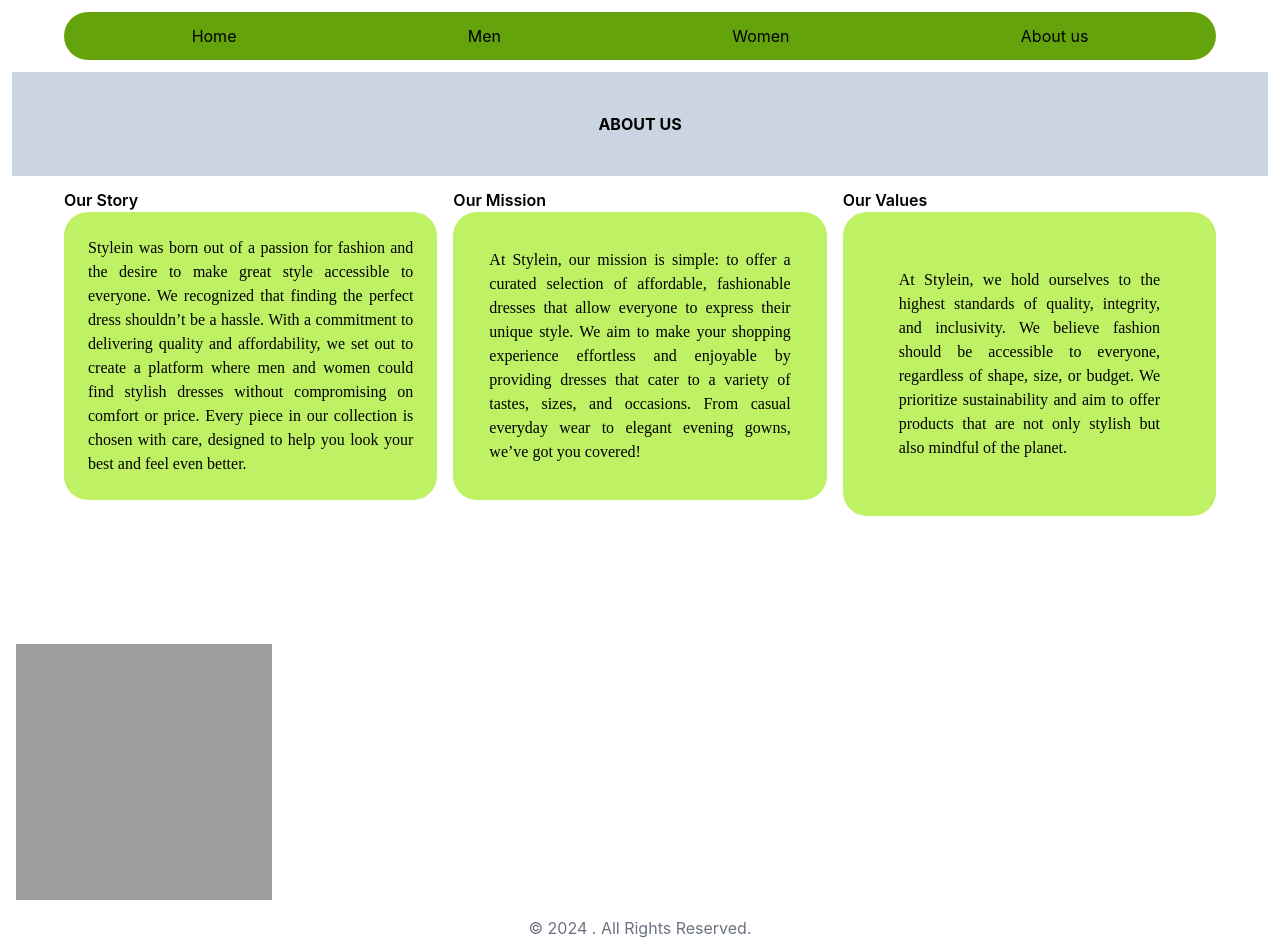
Repository: Mohankkanth/StyleIn_ShoppingSite
Page: /AboutUs
These files come from the project's save history. The page is drawn as it stood at one moment and after a run of saves; the edit follows.
The browser window is 1280 px wide. The pictures show the whole page.
Pictures or frames that could not be fetched are drawn as grey boxes. The project was rebuilt for these pictures with package versions that can differ from the ones it lists, and the page was loaded fresh each time. Also part of the build but not shown: vite.config.js, src/component/Home/Home.jsx, src/component/api/MenProducts.jsx, src/component/Men/Men.jsx, src/component/Women/Women.jsx, src/component/api/KidsProducts.jsx, src/component/Kids/Kids.jsx, src/component/Errorpage/Errorpage.jsx and 18 more.

Above is the page before, as saved 2024-11-23 14:04:10.

After the next 2 saves:
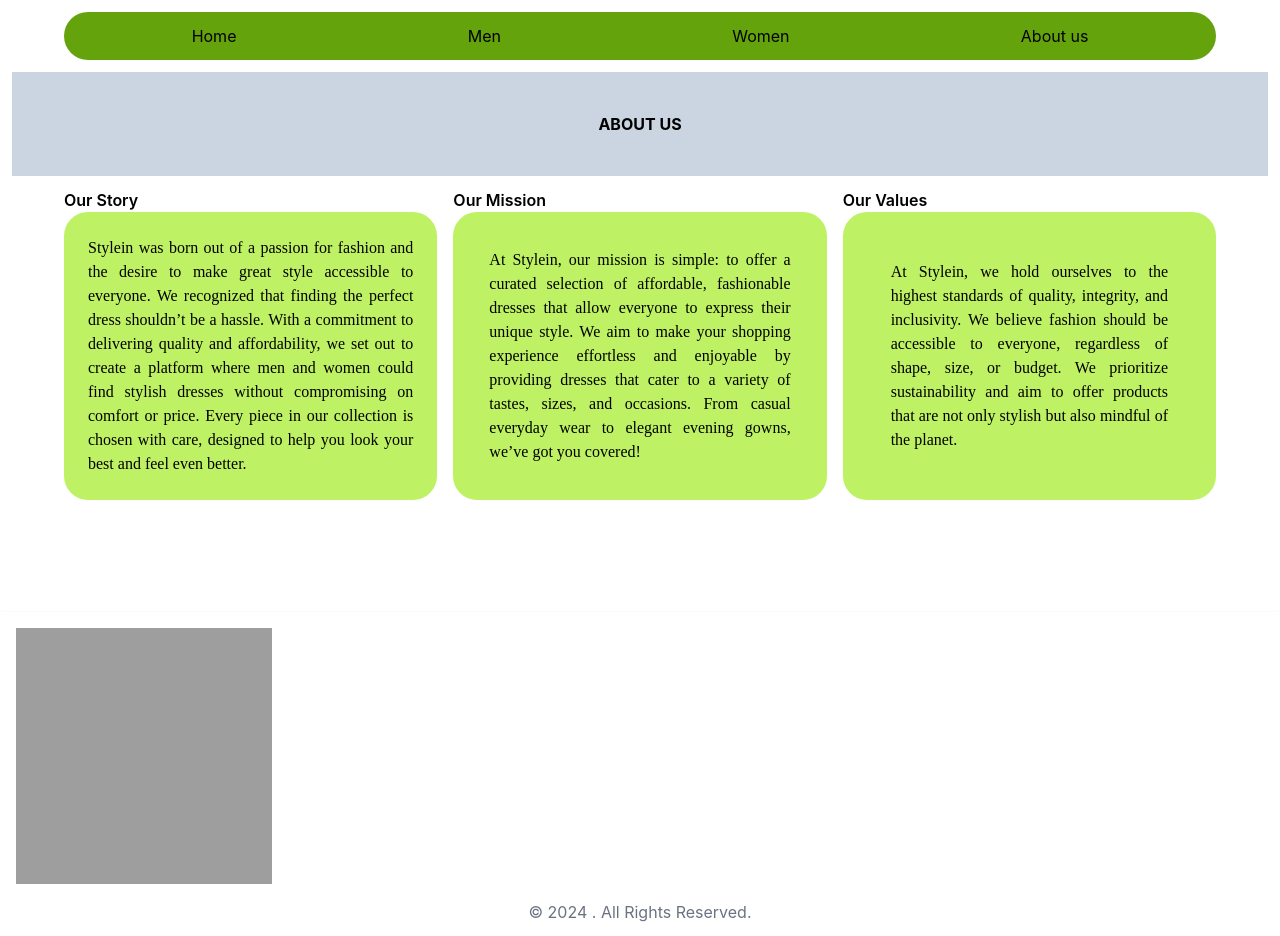
The 2 saves are shown as one change because they came seconds apart.
The last was saved 7 s later.
--- a/src/component/AboutUs/Aboutus.jsx
+++ b/src/component/AboutUs/Aboutus.jsx
@@ -21,7 +21,7 @@
 
                     <div>
                         <p className='font-semibold text-justify'>Our Values</p>
-                        <p className='bg-lime-300  rounded-3xl font-[Raleway] text-justify p-14'>
+                        <p className='bg-lime-300  rounded-3xl font-[Raleway] text-justify p-12'>
                             At Stylein, we hold ourselves to the highest standards of quality, integrity, and inclusivity. We believe fashion should be accessible to everyone, regardless of shape, size, or budget. We prioritize sustainability and aim to offer products that are not only stylish but also mindful of the planet.</p>
                     </div>
 
